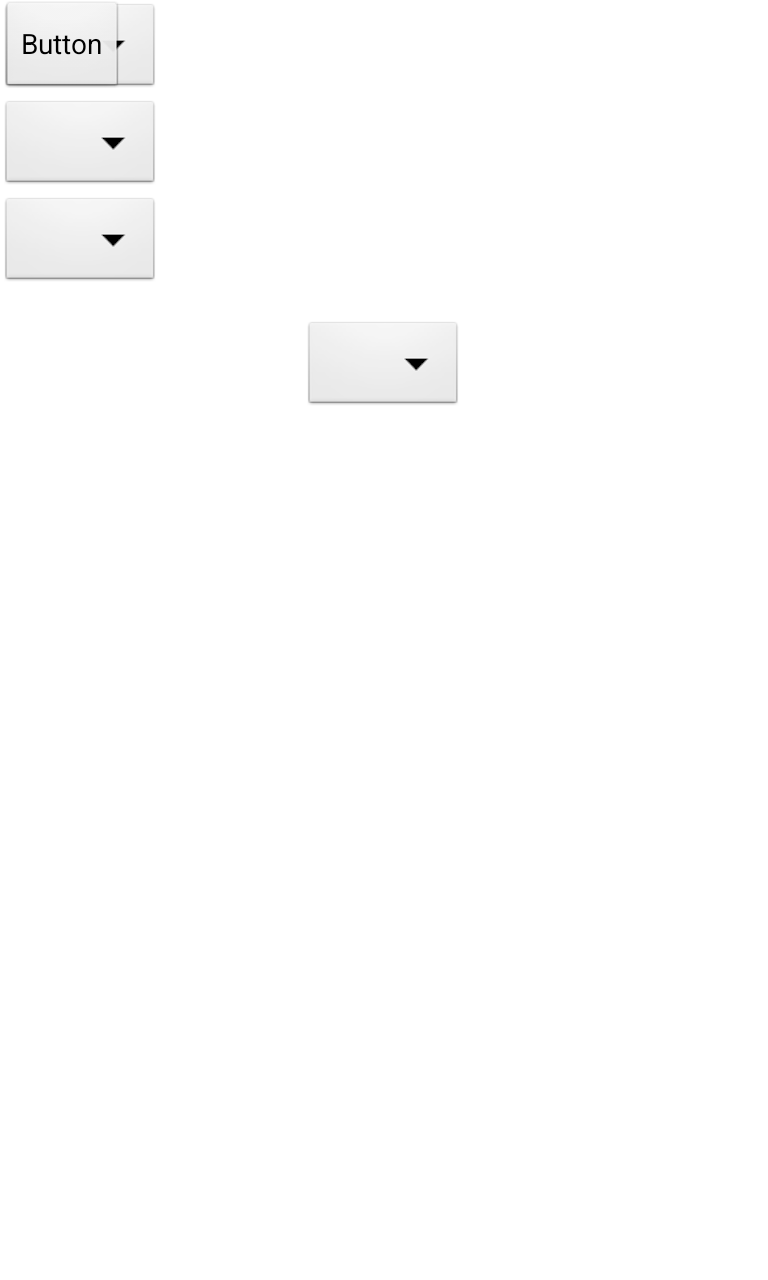
Repository: Lorvak/Pedido
Layout: workspace/Pedido_pizzaria/res/layout/activity_pedido_form.xml
The author's editor kept a copy of each file at every save. The layout is drawn from the files as they stood at one save, then again after the next save.
It is drawn on a 768 x 1280 px phone screen (xhdpi) without system bars, with theme AppTheme; the app's code is not run.

Above is the layout before, as saved 2013-02-25 22:47:12.

After the next save:
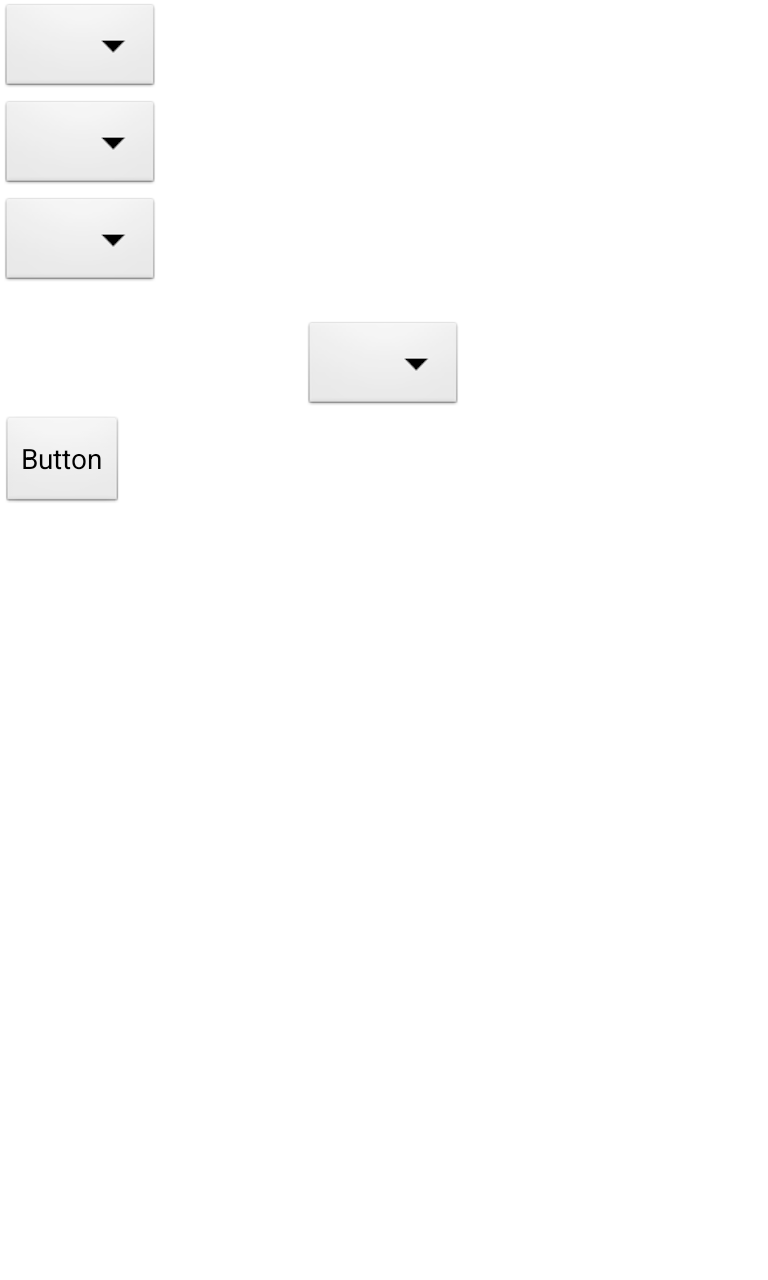
Saved 76 s later.
--- a/workspace/Pedido_pizzaria/res/layout/activity_pedido_form.xml
+++ b/workspace/Pedido_pizzaria/res/layout/activity_pedido_form.xml
@@ -31,6 +31,7 @@
         android:layout_height="wrap_content"
         android:layout_alignTop="@+id/spnBebida"
         android:layout_centerHorizontal="true"
+        android:layout_below="@+id/spnBebida"
         android:layout_marginTop="62dp" />
 
     <Button
@@ -38,7 +39,7 @@
         android:layout_width="wrap_content"
         android:layout_height="wrap_content"
         android:layout_alignParentLeft="true"
-        android:layout_below="@+id/spinner1"
+        android:layout_below="@id/spinnerPizzas"
         android:text="Button" />
 
 
